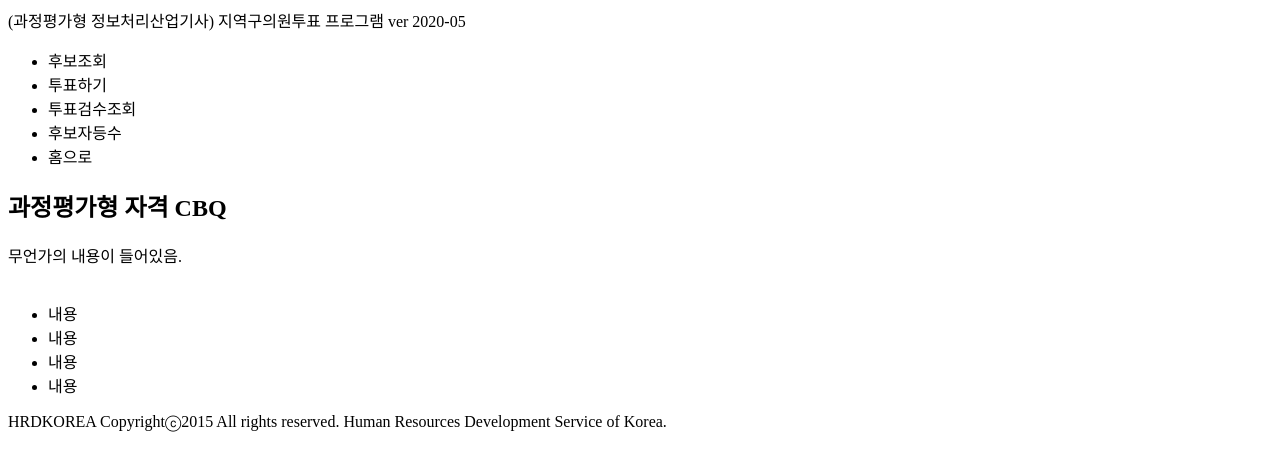
Repository: kayeunae/mvc-pattern
Page: http://localhost/VOTE_1234/
The author's editor kept a copy of each file at every save. The page is drawn from the files as they stood at one save, then again after the next save.
The browser window is 1280 px wide. The pictures show the whole page.
The page is served by Tomcat 9. Other server files are loaded and not shown.

Above is the page before, as saved 2022-12-21 03:37:01.

### VOTE_1234/src/main/webapp/index.jsp
<%@ page language="java" contentType="text/html; charset=UTF-8"
    pageEncoding="UTF-8"%>
<!DOCTYPE html>
<html>
<head>
<meta charset="UTF-8">
<title>Insert title here</title>
</head>
<body>
	<%@ include file="topmenu.jsp" %>
	<section>
		<h2>과정평가형 자격 CBQ</h2>
		무언가의 내용이 들어있음. <br />
		<br />
		<ul>
			<li>내용</li>
			<li>내용</li>
			<li>내용</li>
			<li>내용</li>
		</ul>
	</section>
	<%@ include file="footer.jsp" %>
</body>
</html>

### VOTE_1234/src/main/webapp/topmenu.jsp
<%@ page language="java" contentType="text/html; charset=UTF-8"
    pageEncoding="UTF-8"%>
<!DOCTYPE html>
<html>
<head>
<meta charset="UTF-8">
<title>Insert title here</title>
</head>
<body>
	<header>(과정평가형 정보처리산업기사) 지역구의원투표 프로그램 ver 2020-05</header>
	<nav>
		<ul>
			<li>후보조회</li>
			<li>투표하기</li>
			<li>투표검수조회</li>
			<li>후보자등수</li>
			<li>홈으로</li>
		</ul>
	</nav>
</body>
</html>

### VOTE_1234/src/main/webapp/footer.jsp
<%@ page language="java" contentType="text/html; charset=UTF-8"
    pageEncoding="UTF-8"%>
<!DOCTYPE html>
<html>
<head>
<meta charset="UTF-8">
<title>Insert title here</title>
</head>
<body>
	<footer>
	HRDKOREA Copyrightⓒ2015 All rights reserved. Human Resources Development Service of Korea.
	</footer>

</body>
</html>

After the next save:
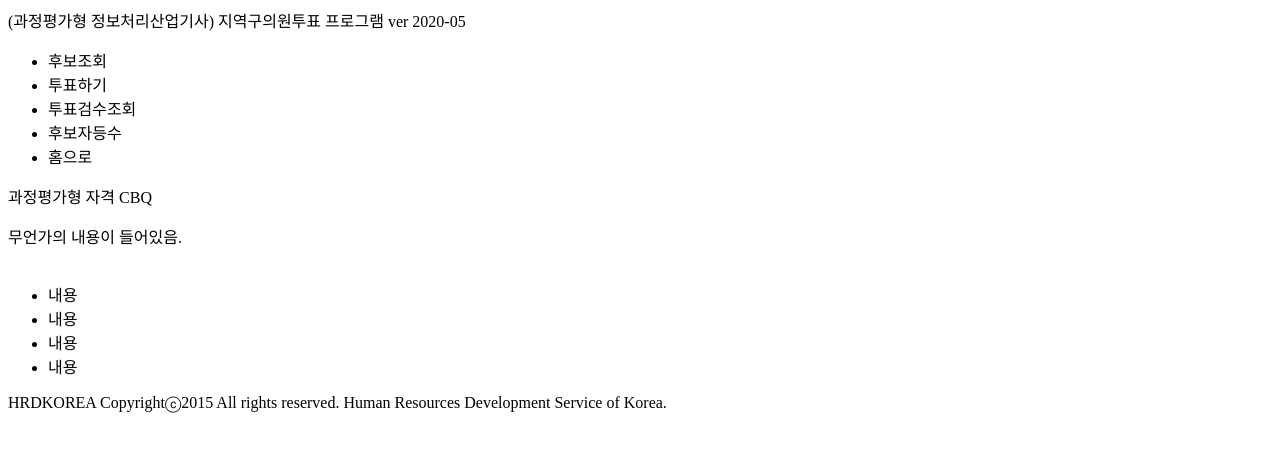
Saved 2 min 54 s later.
--- a/VOTE_1234/src/main/webapp/index.jsp
+++ b/VOTE_1234/src/main/webapp/index.jsp
@@ -9,8 +9,8 @@
 <body>
 	<%@ include file="topmenu.jsp" %>
 	<section>
-		<h2>과정평가형 자격 CBQ</h2>
-		무언가의 내용이 들어있음. <br />
+		<p>과정평가형 자격 CBQ</p>
+		<span>무언가의 내용이 들어있음.</span> <br />
 		<br />
 		<ul>
 			<li>내용</li>
